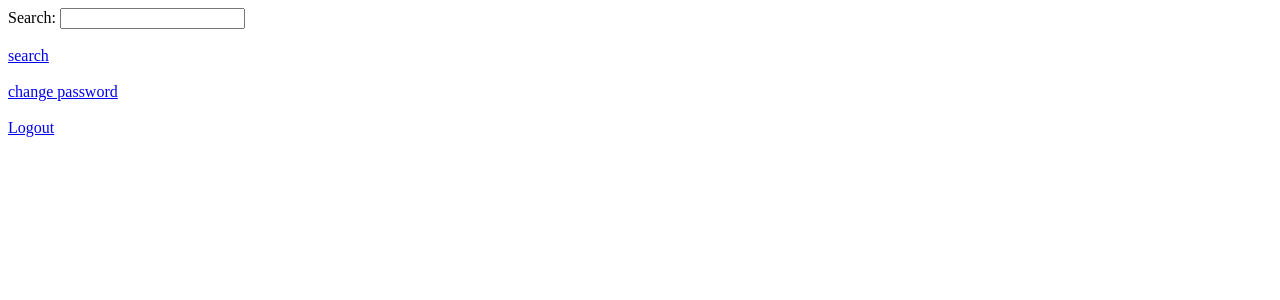
Repository: pawankumarsharm/UST_JDBC_SERVLET
Page: jdbc/empwebapp/WebContent/search.html
An editor plug-in stored every save of this project. The page is shown before and after the next save, followed by the edit.
The browser window is 1280 px wide. The pictures show the whole page.

Above is the page before, as saved 2019-11-15 08:42:58.

### jdbc/empwebapp/WebContent/search.html
<!DOCTYPE html>
<html>
<head>
<meta charset="ISO-8859-1">
<title>Insert title here</title>
</head>
<body>
<form action="">
		Search: <input name="id" type="text"><br><br>
		<a href="#">search</a><br><br>
		  <a href="#">change password</a><br><br>
<a href="#">Logout</a><br><br>
	</form>

</body>
</html>

After the next save:
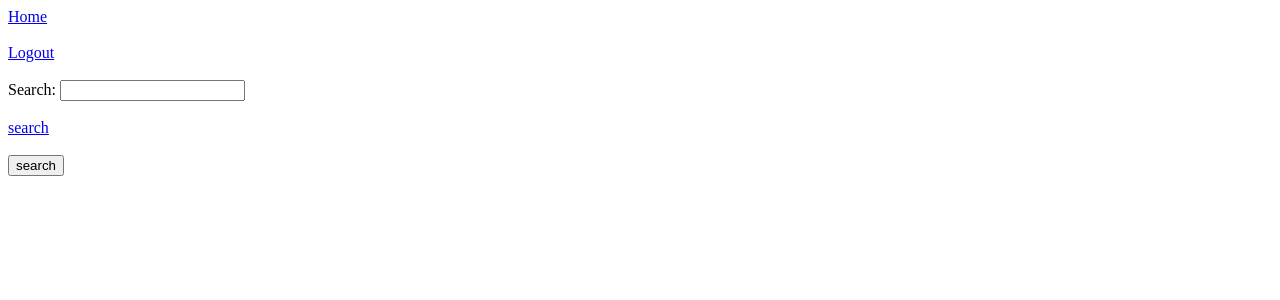
Saved 60 s later.
--- a/jdbc/empwebapp/WebContent/search.html
+++ b/jdbc/empwebapp/WebContent/search.html
@@ -6,10 +6,12 @@
 </head>
 <body>
 <form action="">
+  <a href="#">Home</a><br><br>
+<a href="#">Logout</a><br><br>
 		Search: <input name="id" type="text"><br><br>
 		<a href="#">search</a><br><br>
-		  <a href="#">change password</a><br><br>
-<a href="#">Logout</a><br><br>
+		<input type="submit" value ="search"><br>
+
 	</form>
 
 </body>
